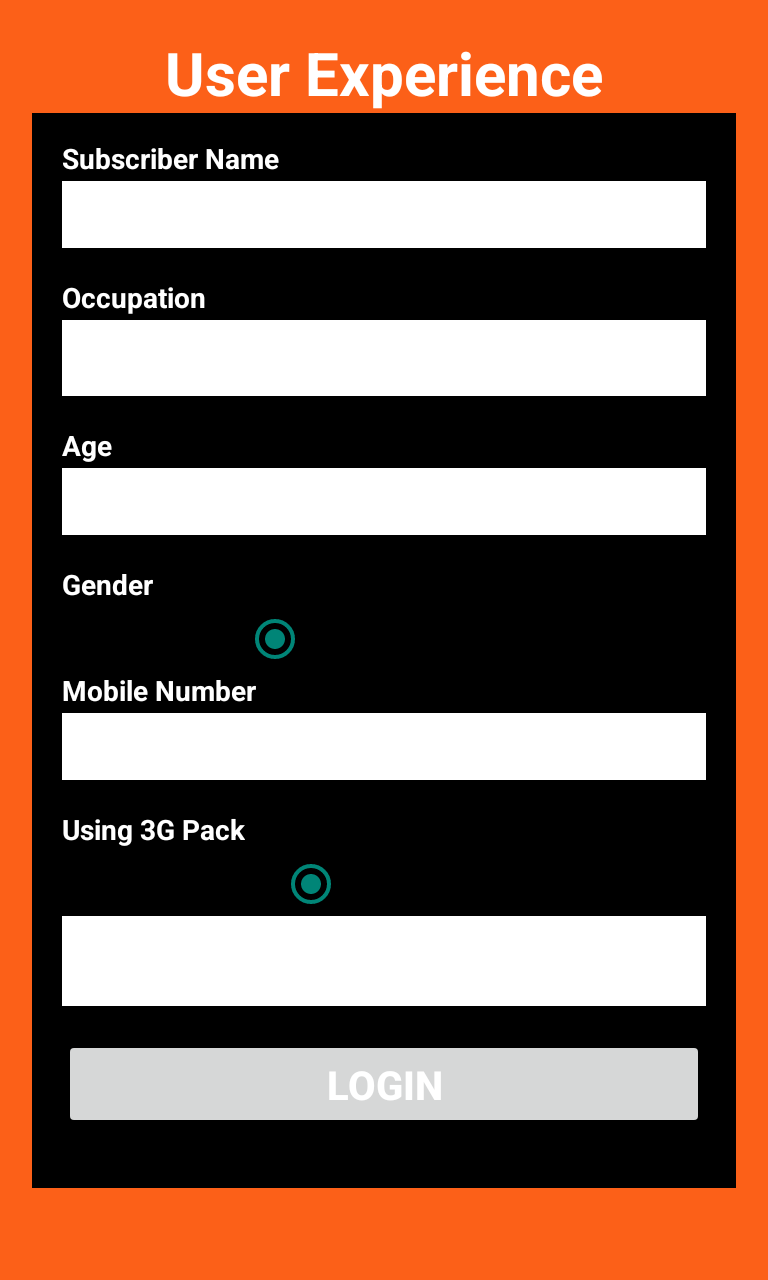
Repository: MushfiqurRahman/BLink3gApp
Layout: 3gExperience/res/layout/fragment_survey.xml
These files come from the project's save history. The layout is drawn as it stood at one moment and after the next save; the edit follows.
It is drawn on a 768 x 1280 px phone screen (xhdpi) without system bars, with theme AppTheme; the app's code is not run.

Above is the layout before, as saved 2014-05-20 18:12:08.

### 3gExperience/res/layout/fragment_survey.xml
<RelativeLayout xmlns:android="http://schemas.android.com/apk/res/android"
    xmlns:tools="http://schemas.android.com/tools"
    android:layout_width="match_parent"
    android:layout_height="match_parent"
    android:background="#FC6018"
    android:paddingBottom="@dimen/activity_vertical_margin"
    android:paddingLeft="@dimen/activity_horizontal_margin"
    android:paddingRight="@dimen/activity_horizontal_margin"
    android:paddingTop="@dimen/activity_vertical_margin"
    tools:context="com.example.gexperience.SurveyActivity$PlaceholderFragment" >

    <RelativeLayout
        android:id="@+id/topMain"
        android:layout_width="fill_parent"
        android:layout_height="wrap_content" >

        <TextView
            android:layout_width="wrap_content"
            android:layout_height="wrap_content"
            android:layout_centerInParent="true"
            android:layout_marginLeft="5dip"
            android:text="@string/survey_heading"
            android:textColor="#ffffff"
            android:textSize="30sp"
            android:textStyle="bold" />
    </RelativeLayout>

    <LinearLayout
        android:id="@+id/LinearBottom"
        android:layout_width="fill_parent"
        android:layout_height="30dp"
        android:layout_alignParentBottom="true"
        android:gravity="bottom"
        android:orientation="vertical" >
    </LinearLayout>

    <LinearLayout
        android:id="@+id/layout_survey_form"
        android:layout_width="fill_parent"
        android:layout_height="fill_parent"
        android:layout_above="@id/LinearBottom"
        android:layout_alignParentLeft="true"
        android:layout_below="@id/topMain"
        android:background="#000000"
        android:gravity="center"
        android:orientation="vertical"
        android:paddingLeft="15dp"
        android:paddingRight="15dp" >

        <LinearLayout
            android:layout_width="fill_parent"
            android:layout_height="wrap_content"
            android:layout_gravity="left" >

            <TextView
                android:id="@+id/textView3"
                android:layout_width="wrap_content"
                android:layout_height="wrap_content"
                android:layout_marginBottom="2dp"
                android:text="@string/sbcr_name"
                android:textColor="#FFFFFF"
                android:textStyle="bold" />
        </LinearLayout>

        <EditText
            android:id="@+id/edtName"
            android:layout_width="match_parent"
            android:layout_height="wrap_content"
            android:layout_marginBottom="15dp"
            android:background="#FFFFFF"
            android:ems="10"
            android:inputType="text"
            android:textSize="25sp" />

        <LinearLayout
            android:layout_width="fill_parent"
            android:layout_height="wrap_content"
            android:layout_gravity="left" >

            <TextView
                android:id="@+id/textView1"
                android:layout_width="wrap_content"
                android:layout_height="wrap_content"
                android:layout_marginBottom="2dp"
                android:text="@string/sbcr_occupation"
                android:textColor="#FFFFFF"
                android:textStyle="bold" />
        </LinearLayout>

        <Spinner
            android:id="@+id/spnOccupation"
            android:layout_width="match_parent"
            android:layout_height="38dp"
            android:layout_marginBottom="15dp"
            android:background="#FFFFFF"
            android:drawSelectorOnTop="true"
            android:padding="5dp"
            android:spinnerMode="dropdown"
            android:textSize="30sp" />

        <LinearLayout
            android:layout_width="fill_parent"
            android:layout_height="wrap_content"
            android:layout_gravity="left" >

            <TextView
                android:id="@+id/textView2"
                android:layout_width="wrap_content"
                android:layout_height="wrap_content"
                android:layout_marginBottom="2dp"
                android:text="@string/sbcr_age"
                android:textColor="#FFFFFF"
                android:textStyle="bold" />
        </LinearLayout>

        <EditText
            android:id="@+id/edtAge"
            android:layout_width="match_parent"
            android:layout_height="wrap_content"
            android:layout_marginBottom="15dp"
            android:background="#FFFFFF"
            android:ems="10"
            android:inputType="number"
            android:textSize="25sp" />

        <LinearLayout
            android:layout_width="fill_parent"
            android:layout_height="wrap_content"
            android:layout_gravity="left" >

            <TextView
                android:id="@+id/tvGender"
                android:layout_width="wrap_content"
                android:layout_height="wrap_content"
                android:layout_marginBottom="2dp"
                android:text="@string/sbcr_gender"
                android:textColor="#FFFFFF"
                android:textStyle="bold" />
        </LinearLayout>

        <RadioGroup
            android:id="@+id/rdoGender"
            android:layout_width="wrap_content"
            android:layout_height="wrap_content"
            android:orientation="horizontal" >

            <RadioButton
                android:id="@+id/radio0"
                android:layout_width="wrap_content"
                android:layout_height="wrap_content"
                android:checked="true"
                android:text="Male" />

            <RadioButton
                android:id="@+id/radio1"
                android:layout_width="wrap_content"
                android:layout_height="wrap_content"
                android:text="Female" />
        </RadioGroup>

                <LinearLayout
            android:layout_width="fill_parent"
            android:layout_height="wrap_content"
            android:layout_gravity="left" >

            <TextView
                android:id="@+id/tvMobileNo"
                android:layout_width="wrap_content"
                android:layout_height="wrap_content"
                android:layout_marginBottom="2dp"
                android:text="@string/sbcr_mobile"
                android:textColor="#FFFFFF"
                android:textStyle="bold" />
        </LinearLayout>

        <EditText
            android:id="@+id/edtMobileNo"
            android:layout_width="match_parent"
            android:layout_height="wrap_content"
            android:layout_marginBottom="15dp"
            android:background="#FFFFFF"
            android:ems="10"
            android:inputType="number"
            android:textSize="25sp" />

                <LinearLayout
            android:layout_width="fill_parent"
            android:layout_height="wrap_content"
            android:layout_gravity="left" >

            <TextView
                android:id="@+id/tv3gPack"
                android:layout_width="wrap_content"
                android:layout_height="wrap_content"
                android:layout_marginBottom="2dp"
                android:text="@string/sbcr_is_3g"
                android:textColor="#FFFFFF"
                android:textStyle="bold" />
        </LinearLayout>

        <RadioGroup
            android:id="@+id/rdo3g"
            android:layout_width="wrap_content"
            android:layout_height="wrap_content"
            android:orientation="horizontal" >

            <RadioButton
                android:id="@+id/radio0"
                android:layout_width="wrap_content"
                android:layout_height="wrap_content"
                android:checked="true"
                android:text="Yes" />

            <RadioButton
                android:id="@+id/radio1"
                android:layout_width="wrap_content"
                android:layout_height="wrap_content"
                android:text="No" />
        </RadioGroup>

        <Spinner
            android:id="@+id/spnCompany"
            android:layout_width="match_parent"
            android:layout_height="45dp"
            android:layout_marginBottom="15dp"
            android:background="#FFFFFF"
            android:padding="5dp"
            android:spinnerMode="dropdown"
            android:textSize="30sp" />

        <Button
            android:id="@+id/btnLogin"
            android:layout_width="match_parent"
            android:layout_height="wrap_content"
            android:layout_marginBottom="15dp"
            android:text="@string/login"
            android:textColor="#FFFFFF"
            android:textSize="20sp"
            android:textStyle="bold" />
    </LinearLayout>

</RelativeLayout>

### 3gExperience/res/values/strings.xml
<?xml version="1.0" encoding="utf-8"?>
<resources>

    <string name="app_name">3gExperience</string>
    <string name="hello_world">Hello world!</string>
    <string name="action_settings">Settings</string>
    <string name="title_activity_login">LoginActivity</string>
    <string name="title_activity_survey">SurveyActivity</string>
    <string name="bp_code">BP Code</string>
    <string name="area">Area</string>
    <string name="location">Location</string>
    <string name="login">Login</string>
    <string name="survey_heading">User Experience</string>
    <string name="sbcr_name">Subscriber Name</string>
    <string name="sbcr_occupation">Occupation</string>
    <string name="sbcr_age">Age</string>
    <string name="sbcr_gender">Gender</string>
    <string name="sbcr_mobile">Mobile Number</string>
    <string name="sbcr_is_3g">Using 3G Pack</string>
    <string name="sbcr_package_type">Select Package</string>
    <string name="sbcr_mobile_brand">Mobile Brand</string>
</resources>

Loaded but not shown: 3gExperience/res/values/styles.xml (common file); 3gExperience/res/values-v11/styles.xml (common file); 3gExperience/res/values-v14/styles.xml (common file); 3gExperience/res/values/dimens.xml (common file); 3gExperience/res/values-w820dp/dimens.xml (common file)

After the next save:
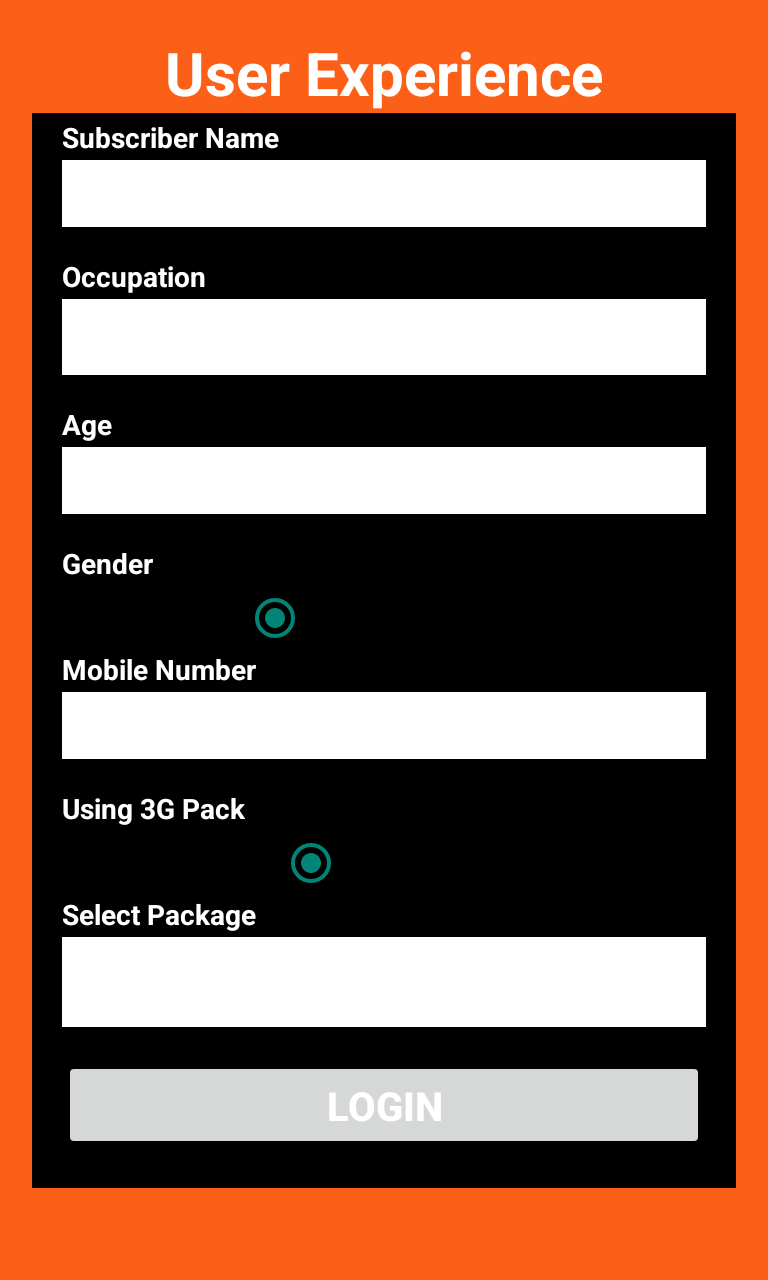
Saved 46 s later.
--- a/3gExperience/res/layout/fragment_survey.xml
+++ b/3gExperience/res/layout/fragment_survey.xml
@@ -218,6 +218,21 @@
                 android:text="No" />
         </RadioGroup>
 
+        <LinearLayout
+            android:layout_width="fill_parent"
+            android:layout_height="wrap_content"
+            android:layout_gravity="left" >
+
+            <TextView
+                android:id="@+id/tvPackageType"
+                android:layout_width="wrap_content"
+                android:layout_height="wrap_content"
+                android:layout_marginBottom="2dp"
+                android:text="@string/sbcr_package_type"
+                android:textColor="#FFFFFF"
+                android:textStyle="bold" />
+        </LinearLayout>
+
         <Spinner
             android:id="@+id/spnCompany"
             android:layout_width="match_parent"
